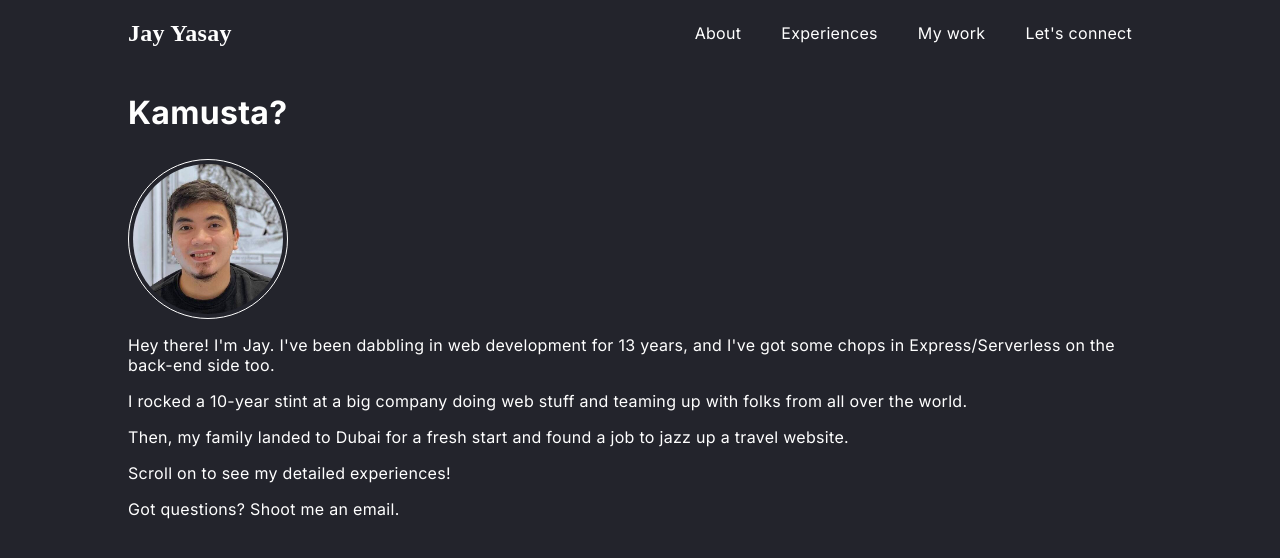
Repository: jayyasay/portfolio
Page: /about
The author's editor kept a copy of each file at every save. The page is drawn from the files as they stood at one save, then again after the next save.
The browser window is 1280 px wide. The pictures show the whole page.
Some web fonts or font styles are not loaded; a fallback is used. The project was rebuilt for these pictures with package versions that can differ from the ones it lists, and the page was loaded fresh each time. Also part of the build but not shown: src/App.css, src/pages/Home.js.

Above is the page before, as saved 2023-09-20 10:42:55.

After the next save:
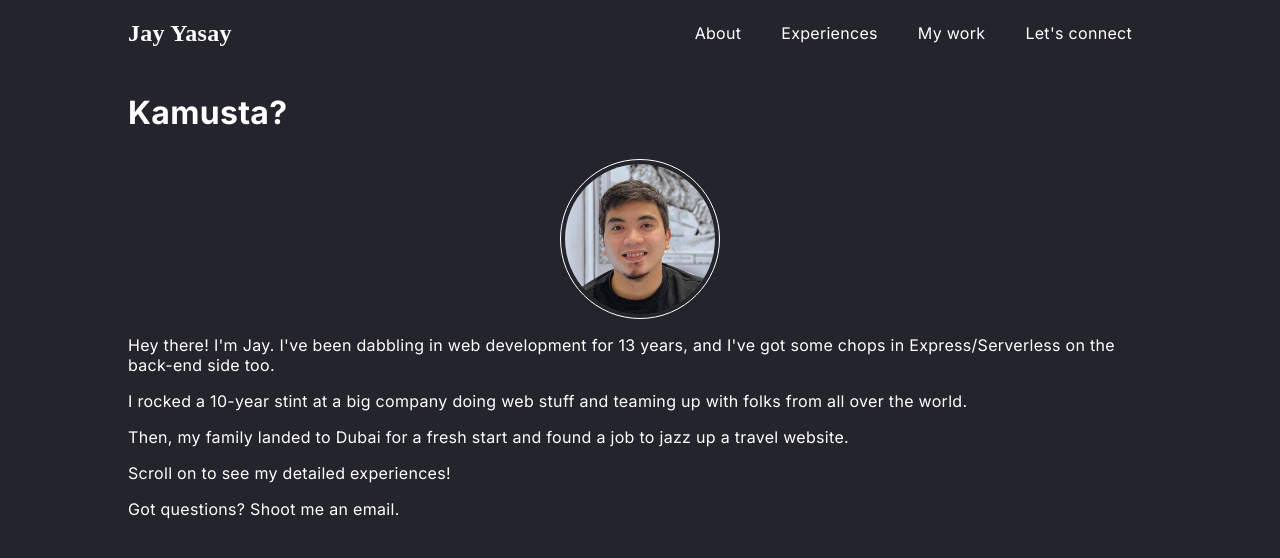
Saved 2 min 14 s later.
--- a/src/pages/About.js
+++ b/src/pages/About.js
@@ -19,7 +19,12 @@
 
 const InnerWrapper = styled.div`
   display: flex;
-  flex-direction: column;
+  flex-direction: row;
+
+  @media screen and (min-width: 768px) {
+    flex-direction: column;
+    align-items: center;
+  }
 `;
 
 const TextWrapper = styled.div``;
